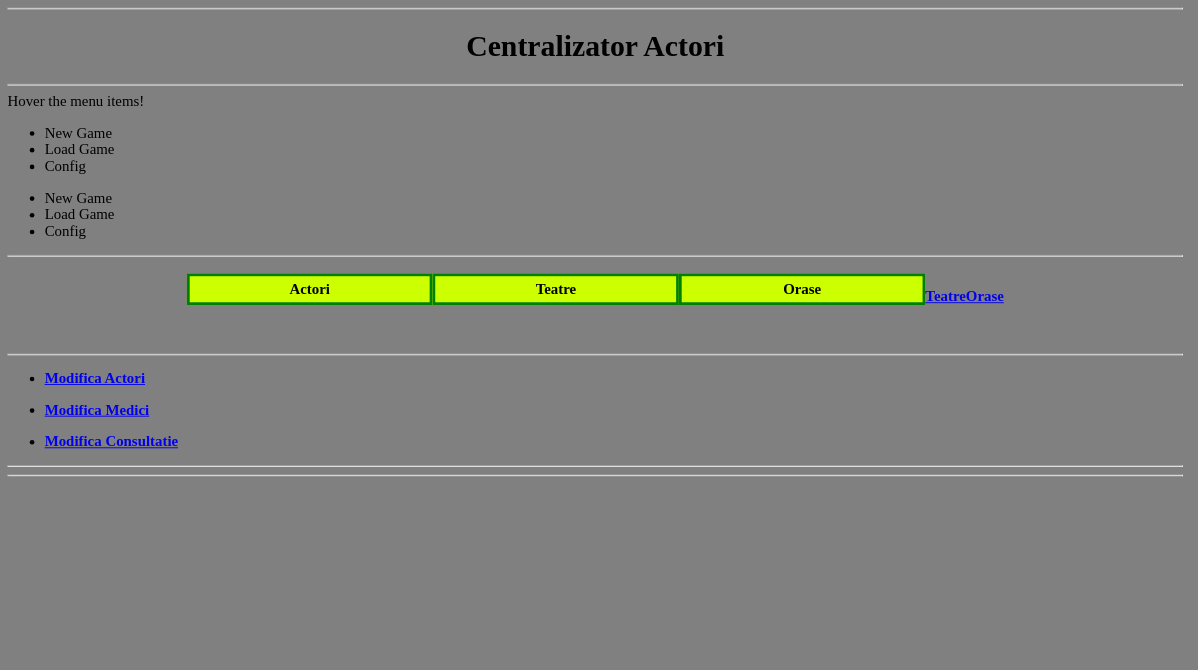
Repository: SusStefan/ActorDB
Page: Actori/src/main/webapp/index.html
An editor plug-in stored every save of this project. The page is shown before and after the next save, followed by the edit.
The browser window is 1280 px wide. The page is 1280 px wide, then 1288 px, then 1280 px, so the pictures cover 1288 px, including what lies to the right of the window. The pictures show the whole page, at 93% of full size.

Above is the page before, as saved 2025-12-12 21:17:47.

After the next save:
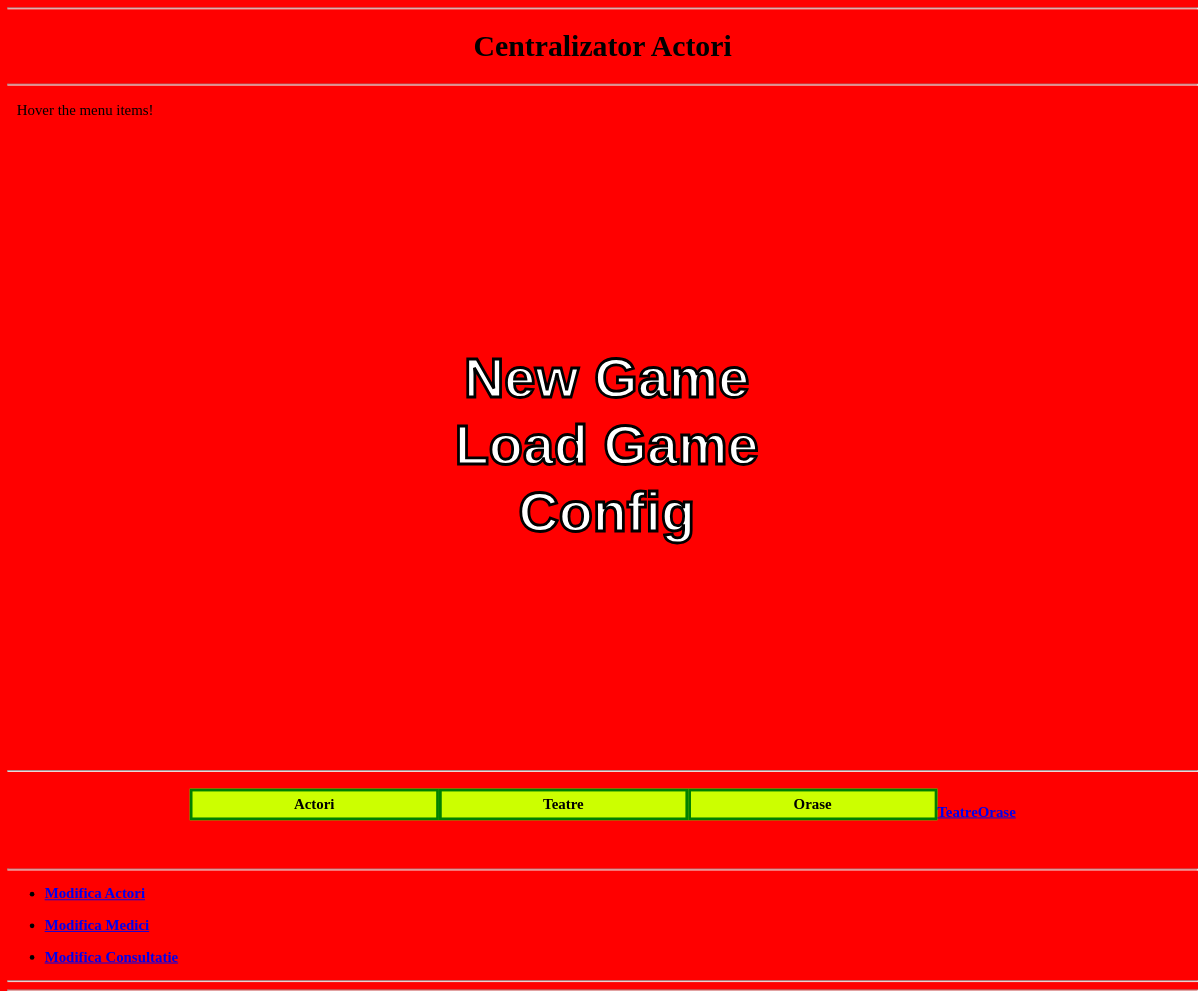
Saved 37 s later.
--- a/Actori/src/main/webapp/index.html
+++ b/Actori/src/main/webapp/index.html
@@ -82,6 +82,60 @@
   border: 3px solid black
   }
  }
+
+
+
+ *{box-sizing: border-box; margin: 0; padding: 0;}
+html{height: 100%;width: 100%;}
+body{height: 100%;width: 100%;}
+
+body{
+	background-color: red;
+}
+
+.container{
+	position: relative;
+	width: 100%;
+	height: 100vh;
+	display: -webkit-box;
+	display: -ms-flexbox;
+	display: flex;
+	-webkit-box-pack: center;
+	    -ms-flex-pack: center;
+	        justify-content: center;
+	-webkit-box-align: center;
+	    -ms-flex-align: center;
+	        align-items: center;
+}
+.label{
+	position: absolute;
+	top: 10px;
+	left: 10px;
+}
+
+.frame{
+	width: 400px;
+	height: 200px;
+}
+.frame ul{
+	list-style: none;
+	position: absolute;
+}
+.frame ul li{
+	text-align: center;
+	height: 60px;
+	line-height: 60px;
+	border: 1px solid red;
+	font-size: 60px;
+	font-family: arial, sans-serif;
+	font-weight: 600;
+	-webkit-text-stroke: 3px black;
+	color: white;
+	margin-bottom: 10px;
+	position: relative;
+	cursor: pointer;
+}
+
 .frame ul.backlayer li{
 	-webkit-text-stroke: 3px white;
 	color: black;

After the save that followed:
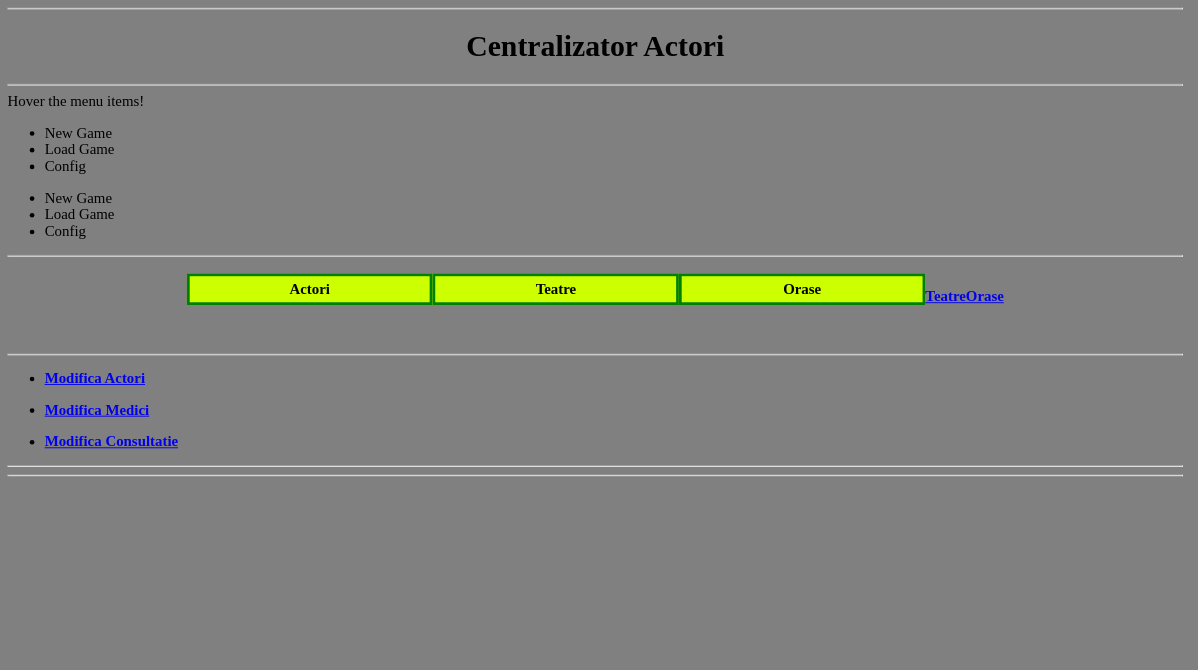
Saved 21 s later.
--- a/Actori/src/main/webapp/index.html
+++ b/Actori/src/main/webapp/index.html
@@ -85,98 +85,7 @@
 
 
 
- *{box-sizing: border-box; margin: 0; padding: 0;}
-html{height: 100%;width: 100%;}
-body{height: 100%;width: 100%;}
 
-body{
-	background-color: red;
-}
-
-.container{
-	position: relative;
-	width: 100%;
-	height: 100vh;
-	display: -webkit-box;
-	display: -ms-flexbox;
-	display: flex;
-	-webkit-box-pack: center;
-	    -ms-flex-pack: center;
-	        justify-content: center;
-	-webkit-box-align: center;
-	    -ms-flex-align: center;
-	        align-items: center;
-}
-.label{
-	position: absolute;
-	top: 10px;
-	left: 10px;
-}
-
-.frame{
-	width: 400px;
-	height: 200px;
-}
-.frame ul{
-	list-style: none;
-	position: absolute;
-}
-.frame ul li{
-	text-align: center;
-	height: 60px;
-	line-height: 60px;
-	border: 1px solid red;
-	font-size: 60px;
-	font-family: arial, sans-serif;
-	font-weight: 600;
-	-webkit-text-stroke: 3px black;
-	color: white;
-	margin-bottom: 10px;
-	position: relative;
-	cursor: pointer;
-}
-
-.frame ul.backlayer li{
-	-webkit-text-stroke: 3px white;
-	color: black;
-	background-color: skyblue;
-	-webkit-clip-path: polygon(10% 10%, 89% 6%, 94% 91%, 10% 90%);
-	clip-path: polygon(10% 10%, 89% 6%, 94% 91%, 10% 90%);
-	animation: panbg .5s linear infinite;
-	-webkit-animation: panbg .5s linear infinite;
-	opacity: 0;
-	-webkit-transition: ALL .2s;
-    transition: all .2s;
-
-
-@keyframes panbg{
-	0%{
-		-webkit-clip-path: polygon(10% 10%, 89% 6%, 94% 91%, 10% 90%);
-		clip-path: polygon(10% 10%, 89% 6%, 94% 91%, 10% 90%);
-	}
-	50%{
-		-webkit-clip-path: polygon(5% 5%, 93% 15%, 82% 87%, 2% 76%);
-		clip-path: polygon(5% 5%, 93% 15%, 82% 87%, 2% 76%);
-	}
-	100%{
-		-webkit-clip-path: polygon(10% 10%, 89% 6%, 94% 91%, 10% 90%);
-		clip-path: polygon(10% 10%, 89% 6%, 94% 91%, 10% 90%);
-	}
-}
-@-webkit-keyframes panbg{
-	0%{
-		-webkit-clip-path: polygon(10% 10%, 89% 6%, 94% 91%, 10% 90%);
-		clip-path: polygon(10% 10%, 89% 6%, 94% 91%, 10% 90%);
-	}
-	50%{
-		-webkit-clip-path: polygon(5% 5%, 93% 15%, 82% 87%, 2% 76%);
-		clip-path: polygon(5% 5%, 93% 15%, 82% 87%, 2% 76%);
-	}
-	100%{
-		-webkit-clip-path: polygon(10% 10%, 89% 6%, 94% 91%, 10% 90%);
-		clip-path: polygon(10% 10%, 89% 6%, 94% 91%, 10% 90%);
-	}
-}
 
 }
  </style>
